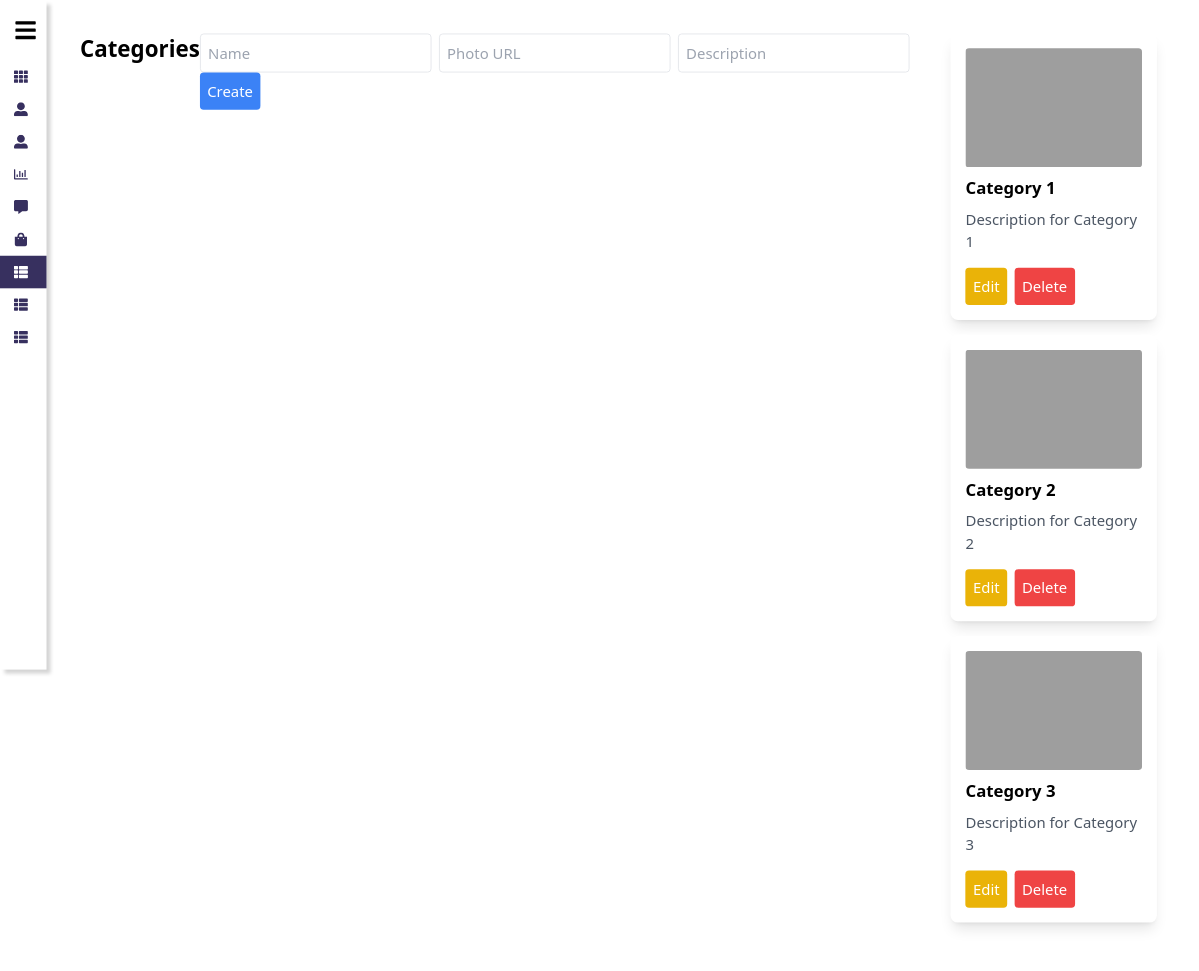
Repository: AndargWorku12/admin-dashboard
Page: /category
An editor plug-in stored every save of this project. The page is shown before and after the next save, followed by the edit.
The browser window is 1280 px wide. The page is 1280 px wide, then 1289 px, so the pictures cover 1289 px, including what lies to the right of the window. The pictures show the whole page, at 93% of full size.
Pictures or frames that could not be fetched are drawn as grey boxes. The project was rebuilt for these pictures with package versions that can differ from the ones it lists, and the page was loaded fresh each time. Also part of the build but not shown: src/styles/analytics.css, src/pages/Analytics.tsx, src/pages/Dashboard.tsx, src/styles/orders.css, src/pages/OrderTable.tsx, src/pages/OrderModal.tsx, src/pages/Orders.tsx, src/styles/login.css and 10 more.

Above is the page before, as saved 2024-02-03 00:38:09.

### src/index.tsx
import { ColorModeScript } from "@chakra-ui/react"
import * as React from "react"
import * as ReactDOM from "react-dom/client"
import App from "./App"
import './index.css'

const container = document.getElementById("root")
if (!container) throw new Error('Failed to find the root element');
const root = ReactDOM.createRoot(container)

root.render(

  <React.StrictMode>
    <ColorModeScript />
    <App />
  </React.StrictMode>,

)

### src/App.tsx

import React, {useState} from 'react';
import { BrowserRouter, Route, Routes } from 'react-router-dom';
import Sidebar from './components/Sidebar';
import Dashboard from './pages/Dashboard';
// import SignUpForm from './pages/LoginPopup'
import Orders from './pages/Orders';
import Category from './pages/CategoryPage';
import Login from './pages/Login'
import Analytics from './pages/Analytics';
import CustemerReview from './pages/CustemerReview';
import ProductList from './pages/ProductList';
import ShopCard from './pages/ShopCard';
import './App.css'
import SignUpForm from './pages/SignUpForm';
import ForgotPassword from './pages/ForgetPassword';
// import AnalyticsPage from './pages/Analytics';



type SaleData = {
  date: string;
  amount: number;
};

type RevenueData = {
  month: string;
  revenue: number;
};

type Product = {
    id: string;
    photo: string;
    name: string;
    price: number;
    category: string;
};

type Order = {
    id: string;
    productName: string;
    quantity: number;
    totalPrice: number;

};

type CategoryType = {
  id: string;
  photo:string;
  name: string;
};



// Sample props for components
type DashboardProps = {
  saleData: SaleData[];
  revenueData: RevenueData[];
  // ... other props
};

type AnalyticsProps = {
  salesData: SaleData[];
  // ... other props
};

type ProductProps = {
  products: Product[];
  onUpdate: (productId: string, updatedProduct: Product) => void;

};




type OrderProps = {
  orders: Order[];
  // ... other props
};

type CategoryProps = {
  categories: CategoryType[];
  // ... other props
};







const App: React.FC = () => {


// for the product page to handle
  const [products, setProducts] = useState<Product[]>([


    {
      id: '1',
      photo: 'https://img.ltwebstatic.com/images3_pi/2022/01/10/16417919016a32607182dd11dedeb77e8324b683e8_thumbnail_900x.webp',
      name: 'Product 1',
      price: 29.99,
      category: 'Electronics',
    },
    {
      id: '2',
      photo: 'https://img.ltwebstatic.com/images3_pi/2022/01/10/16417919016a32607182dd11dedeb77e8324b683e8_thumbnail_900x.webp',
      name: 'Product 2',
      price: 49.99,
      category: 'Clothing',
    },
    {
      id: '3',
      photo: 'https://img.ltwebstatic.com/images3_pi/2022/01/10/16417919016a32607182dd11dedeb77e8324b683e8_thumbnail_900x.webp',
      name: 'Product 3',
      price: 9.99,
      category: 'Books',
    },
    {
      id: '4',
      photo: 'https://img.ltwebstatic.com/images3_pi/2022/01/10/16417919016a32607182dd11dedeb77e8324b683e8_thumbnail_900x.webp',
      name: 'Product 4',
      price: 79.99,
      category: 'Home and Kitchen',
    },
    {
      id: '5',
      photo: 'https://img.ltwebstatic.com/images3_pi/2022/01/10/16417919016a32607182dd11dedeb77e8324b683e8_thumbnail_900x.webp',
      name: 'Product 5',
      price: 39.99,
      category: 'Toys',
    },



  ]);

  // Function to handle creating a new product
  const handleCreate = (newProduct: Product) => {
    setProducts((prevProducts) => [...prevProducts, newProduct]);
  };

  // Function to handle updating a product

  const handleUpdate = (productId: string, newName: string, newPrice: number) => {
    setProducts((prevProducts) =>
      prevProducts.map((product) =>
        product.id === productId
          ? { ...product, name: newName, price: newPrice }
          : product
      )
    );
  };



  // Function to handle deleting a product
  const handleDelete = (productId: string) => {
    setProducts((prevProducts) => prevProducts.filter((product) => product.id !== productId));
  };

//  for AnalyticsPage
// for category page


const [categories, setCategories] = useState<CategoryType[]>([
  {
    id: '1',
    photo: 'https://plus.unsplash.com/premium_photo-1661662850226-83c981ed4eba?w=500&auto=format&fit=crop&q=60&ixlib=rb-4.0.3&ixid=M3wxMjA3fDB8MHxzZWFyY2h8MXx8bGFwdG9wJTIwY29tcHV0ZXJ8ZW58MHx8MHx8fDA%3D',
    name: 'Category 1',
  },
  {
    id: '2',
    photo: 'https://plus.unsplash.com/premium_photo-1661662850226-83c981ed4eba?w=500&auto=format&fit=crop&q=60&ixlib=rb-4.0.3&ixid=M3wxMjA3fDB8MHxzZWFyY2h8MXx8bGFwdG9wJTIwY29tcHV0ZXJ8ZW58MHx8MHx8fDA%3D',
    name: 'Category 2',
  },
  {
    id: '3',
    photo: 'https://plus.unsplash.com/premium_photo-1661662850226-83c981ed4eba?w=500&auto=format&fit=crop&q=60&ixlib=rb-4.0.3&ixid=M3wxMjA3fDB8MHxzZWFyY2h8MXx8bGFwdG9wJTIwY29tcHV0ZXJ8ZW58MHx8MHx8fDA%3D',
    name: 'Category 3',
  },
  {
    id: '4',
    photo: 'https://plus.unsplash.com/premium_photo-1661662850226-83c981ed4eba?w=500&auto=format&fit=crop&q=60&ixlib=rb-4.0.3&ixid=M3wxMjA3fDB8MHxzZWFyY2h8MXx8bGFwdG9wJTIwY29tcHV0ZXJ8ZW58MHx8MHx8fDA%3D',
    name: 'Category 4',
  },

]);

// Function to handle creating a new category
// const handleCreateCategory = (newCategory: CategoryType) => {
//   setCategories((prevCategories) => [...prevCategories, newCategory]);
// };
const handleCreateCategory = (newCategory: CategoryType) => {
  // Add the new category to the list of categories
  setCategories((prevCategories) => [...prevCategories, newCategory]);
};

const handleUpdateCategory = (categoryId: string, newName: string) => {
  setCategories((prevCategories) =>
    prevCategories.map((category) =>
      category.id === categoryId ? { ...category, name: newName } : category
    )
  );
};

// Function to handle deleting a category
const handleDeleteCategory = (categoryId: string) => {
  setCategories((prevCategories) => prevCategories.filter((category) => category.id !== categoryId));
};

  const saleData: SaleData[] = [
    { date: '2022-01-01', amount: 100 },
    { date: '2022-01-02', amount: 150 },
    { date: '2022-01-03', amount: 200 },
    { date: '2022-01-04', amount: 120 },
    { date: '2022-01-05', amount: 180 },
    { date: '2022-01-06', amount: 90 },
    { date: '2022-01-07', amount: 110 },
    { date: '2022-01-08', amount: 130 },
    { date: '2022-01-09', amount: 170 },
    { date: '2022-01-10', amount: 160 },
  ];

  const revenueData: RevenueData[] = [
    { month: 'January', revenue: 500 },
    { month: 'February', revenue: 700 },
    { month: 'March', revenue: 600 },
    { month: 'April', revenue: 800 },
    { month: 'May', revenue: 900 },
    { month: 'June', revenue: 750 },
    { month: 'July', revenue: 850 },
    { month: 'August', revenue: 950 },
    { month: 'September', revenue: 700 },
    { month: 'October', revenue: 850 },
  ];


   const [orders, setOrders] = useState<Order[]>([
    {
      id: '1',
      productName: 'Laptop',
      quantity: 2,
      totalPrice: 2000,
    },
    {
      id: '2',
      productName: 'Smartphone',
      quantity: 3,
      totalPrice: 1200,
    },
    {
      id: '3',
      productName: 'Headphones',
      quantity: 1,
      totalPrice: 100,
    },
    {
      id: '4',
      productName: 'Camera',
      quantity: 1,
      totalPrice: 800,
    },

   ]);

  // Function to create a new order
  const handleCreateOrder = (newOrder: Order) => {
    setOrders((prevOrders) => [...prevOrders, newOrder]);
  };

  // Function to delete an order
  const handleDeleteOrder = (orderId: string) => {
    const updatedOrders = orders.filter(order => order.id !== orderId);
    setOrders(updatedOrders);
  };

  // Function to update an order
  const handleUpdateOrder = (orderId: string, updatedOrder: Order) => {
    // Placeholder implementation: Updating the order in the list
    setOrders((prevOrders) =>
      prevOrders.map((order) =>
        order.id === orderId ? { ...order, ...updatedOrder } : order
      )
    );
  };

  return (
    <div>
    <BrowserRouter>
    <Sidebar>
      <Routes>
        <Route path="/" element={<Dashboard saleData={saleData} revenueData={revenueData}  />} />
        <Route path="/dashboard" element={<Dashboard saleData={saleData} revenueData={revenueData}  />} />
       <Route path="/login" element={<Login/>}/>
       <Route path='/forget-password' element={<ForgotPassword/>}/>
        <Route path="/signup" element={<SignUpForm />} />
        <Route path="/review"element={<CustemerReview username="John" joinedDate="2022-01-01" reviewDate="2022-01-15" reviewText="Lorem ipsum" />}
/>

        <Route path="/analytics" element={<Analytics  />} />
        <Route
  path="/product"
  element={<ProductList />}
/>
        <Route path="/shop" element={<ShopCard />} />
        <Route
        path="/orders"
        element={
          <Orders
/>
        }
      />

        <Route
            path="/category"
            element={<Category />}
          />

      </Routes>
    </Sidebar>
  </BrowserRouter>
  </div>
  );
};

export default App;

### src/components/Sidebar.tsx
import React, { useState } from 'react';
import ReactNode from "react";
import {
    FaTh,
    FaBars,
    FaUserAlt,
    FaRegChartBar,
    FaCommentAlt,
    FaShoppingBag,
    FaThList
} from 'react-icons/fa';
import { NavLink, NavLinkProps } from 'react-router-dom';



interface MenuItem {
    path: string;
    name: string;
    icon: JSX.Element;
}

interface SidebarProps {
  children: React.ReactNode;
}
    const Sidebar: React.FC<React.PropsWithChildren<{}>> = ({ children }) => {
    const [isOpen, setIsOpen] = useState(false);

    const toggle = () => setIsOpen(!isOpen);

    const menuItems: MenuItem[] = [
        {
            path: '/',
            name: 'Dashboard',
            icon: <FaTh />,
        },
        {
            path: '/login',
            name: 'Login',
            icon: <FaUserAlt />,
        },
        {
          path: '/signup',
          name: 'Register form',
          icon: <FaUserAlt />,
      },
        {
            path: '/analytics',
            name: 'Analytics',
            icon: <FaRegChartBar />,
        },
        {
            path: '/review',
            name: 'CustemerReview',
            icon: <FaCommentAlt />,
        },
        {
            path: '/product',
            name: 'Product',
            icon: <FaShoppingBag />,
        },
        {
            path: '/category',
            name: 'Category List',
            icon: <FaThList />,
        },
        {
          path: '/orders',
          name: 'Orders',
          icon: <FaThList />,
      },
      {
        path: '/shop',
        name: 'Sample product',
        icon: <FaThList />,
    },
    ];

    return (
        <div className="container">
            <div style={{ width: isOpen ? '200px' : '50px' }} className="sidebar">
                <div className="top_section">
                    <h1 style={{ display: isOpen ? 'block' : 'none' }} className="logo">
                        Logo
                    </h1>
                    <div style={{ marginLeft: isOpen ? '50px' : '0px' }} className="bars">
                        <FaBars onClick={toggle} />
                    </div>
                </div>
                {menuItems.map((item, index) => (
                    <NavLink to={item.path} key={index} className="link"
                    //  activeClassName="active"
                     >
                        <div className="icon">{item.icon}</div>
                        <div style={{ display: isOpen ? 'block' : 'none' }} className="link_text text-sm">
                            {item.name}
                        </div>
                    </NavLink>
                ))}
            </div>
            <main>{children}</main>
        </div>
    );
};

export default Sidebar;

### src/pages/CategoryPage.tsx
// CategoryPage.tsx

import React, { useState, useEffect } from 'react';

interface Category {
  id: number;
  name: string;
  photo: string;
  description: string;
}

const CategoryPage: React.FC = () => {
  const [categories, setCategories] = useState<Category[]>([]);
  const [newCategory, setNewCategory] = useState<Category>({ id: 0, name: '', photo: '', description: '' });
  const [editingCategory, setEditingCategory] = useState<Category | null>(null);

  // Fetch categories on component mount
  useEffect(() => {
    fetchCategories();
  }, []);

  const fetchCategories = async () => {
    // Replace with your actual API call to fetch categories
    setTimeout(() => {
      const fetchedCategories: Category[] = [
        { id: 1, name: 'Category 1', photo: 'https://example.com/photo1.jpg', description: 'Description for Category 1' },
        { id: 2, name: 'Category 2', photo: 'https://example.com/photo2.jpg', description: 'Description for Category 2' },
        { id: 3, name: 'Category 3', photo: 'https://example.com/photo3.jpg', description: 'Description for Category 3' },
      ];
      setCategories(fetchedCategories);
    }, 500); // Simulating a delay for asynchronous API call
  };

  const createCategory = async () => {
    // Replace with your actual API call to create a category
    setTimeout(() => {
      console.log('Creating category:', newCategory);
      setNewCategory({ id: 0, name: '', photo: '', description: '' });
      fetchCategories(); // Refresh the list after creating a new category
    }, 500); // Simulating a delay for asynchronous API call
  };

  const updateCategory = async (updatedCategory: Category) => {
    // Replace with your actual API call to update a category
    setTimeout(() => {
      console.log('Updating category:', updatedCategory);
      setEditingCategory(null);
      fetchCategories(); // Refresh the list after updating a category
    }, 500); // Simulating a delay for asynchronous API call
  };

  const deleteCategory = async (categoryId: number) => {
    // Replace with your actual API call to delete a category
    setTimeout(() => {
      console.log('Deleting category with ID:', categoryId);
      fetchCategories(); // Refresh the list after deleting a category
    }, 500); // Simulating a delay for asynchronous API call
  };

  return (
    <div className="container mx-auto p-4">
      <h1 className="text-2xl font-bold mb-4">Categories</h1>

      {/* Create Category */}
      <div className="mb-4">
        <input
          type="text"
          placeholder="Name"
          value={newCategory.name}
          onChange={(e) => setNewCategory({ ...newCategory, name: e.target.value })}
          className="p-2 mr-2 border rounded"
        />
        <input
          type="text"
          placeholder="Photo URL"
          value={newCategory.photo}
          onChange={(e) => setNewCategory({ ...newCategory, photo: e.target.value })}
          className="p-2 mr-2 border rounded"
        />
        <input
          type="text"
          placeholder="Description"
          value={newCategory.description}
          onChange={(e) => setNewCategory({ ...newCategory, description: e.target.value })}
          className="p-2 mr-2 border rounded"
        />
        <button onClick={createCategory} className="bg-blue-500 text-white p-2 rounded">Create</button>
      </div>

      {/* Display Categories */}
      <div className="grid grid-cols-1">
        {categories.map((category) => (
          <div key={category.id} className="bg-white p-4 rounded-lg shadow-lg mb-4">
            <img src={category.photo} alt={category.name} className="mb-2 w-full h-32 object-cover rounded" />
            <h2 className="text-lg font-bold mb-2">{category.name}</h2>
            <p className="text-gray-600">{category.description}</p>
            <div className="mt-4 flex space-x-2">
              <button onClick={() => setEditingCategory(category)} className="bg-yellow-500 text-white p-2 rounded">Edit</button>
              <button onClick={() => deleteCategory(category.id)} className="bg-red-500 text-white p-2 rounded">Delete</button>
            </div>
          </div>
        ))}
      </div>

      {/* Edit Category Modal */}
      {editingCategory && (
        <div className="fixed inset-0 bg-black bg-opacity-50 flex items-center justify-center">
          <div className="bg-white p-8 rounded-lg">
            <h2 className="text-2xl font-bold mb-4">Edit Category</h2>
            <input
              type="text"
              placeholder="Name"
              value={editingCategory.name}
              onChange={(e) => setEditingCategory({ ...editingCategory, name: e.target.value })}
              className="p-2 mb-2 border rounded"
            />
            <input
              type="text"
              placeholder="Photo URL"
              value={editingCategory.photo}
              onChange={(e) => setEditingCategory({ ...editingCategory, photo: e.target.value })}
              className="p-2 mb-2 border rounded"
            />
            <input
              type="text"
              placeholder="Description"
              value={editingCategory.description}
              onChange={(e) => setEditingCategory({ ...editingCategory, description: e.target.value })}
              className="p-2 mb-2 border rounded"
            />
            <div className="flex justify-end">
              <button onClick={() => updateCategory(editingCategory)} className="bg-blue-500 text-white p-2 rounded">Save</button>
              <button onClick={() => setEditingCategory(null)} className="ml-2 bg-gray-400 text-white p-2 rounded">Cancel</button>
            </div>
          </div>
        </div>
      )}
    </div>
  );
};

export default CategoryPage;

### src/App.css
* {
    margin: 0;
    padding: 0;
    text-decoration: none;
    /* background: #fff; */
    /* color: #fff; */
    /* background: #0e1630 */
    /* background-color: #0e1630; */
}

.container {
    display: flex;
}

main {
    width: 100%;
    padding: 20px;
}

.sidebar {
    background: #fff;
    /* background: #0e1630; */
    box-shadow: 5px 5px 4px rgb(212, 212, 212);
    color: #000;
    height: 100vh;
    width: 200px;
    transition: all 0.5s;
}

.top_section {
    display: flex;
    align-items: center;
    padding: 20px 15px;
}

.logo {
    font-size: 30px;
}

.bars {
    display: flex;
    font-size: 25px;
    margin-left: 50px;
}

.link {
    display: flex;
    color: #37305F;
    padding: 10px 15px;
    gap: 15px;
    transition: all 0.5s;
}

.link:hover {
    background: #37305F;
    color: #fff;
    transition: all 0.5s;
}

.active {
    background: #37305F;
    color: #fff;
}

.icon,
.link_text {
    font-size: 15px;
}

Loaded but not shown: public/index.html (common file); src/index.css (common file); tailwind.config.js (common file)

After the next save:
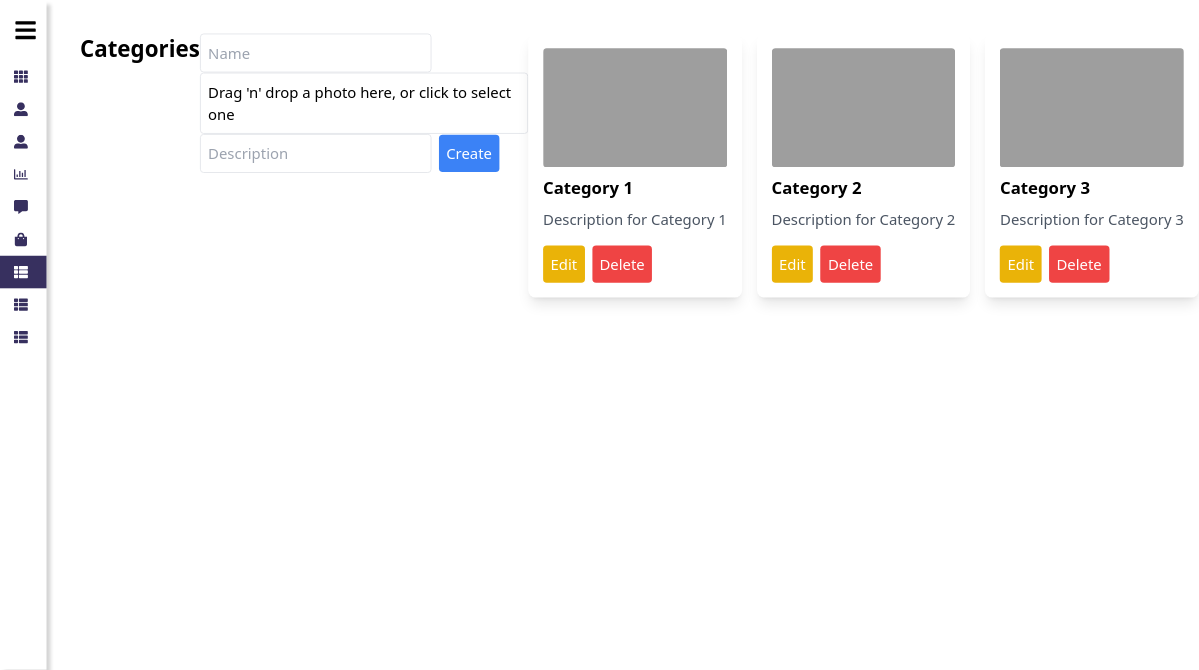
Saved 4 min 26 s later.
--- a/src/pages/CategoryPage.tsx
+++ b/src/pages/CategoryPage.tsx
@@ -1,11 +1,12 @@
 // CategoryPage.tsx
 
 import React, { useState, useEffect } from 'react';
+import { useDropzone } from 'react-dropzone';
 
 interface Category {
   id: number;
   name: string;
-  photo: string;
+  photo: string | File;
   description: string;
 }
 
@@ -57,6 +58,12 @@ const CategoryPage: React.FC = () => {
     }, 500); // Simulating a delay for asynchronous API call
   };
 
+  const onDrop = (acceptedFiles: File[]) => {
+    setNewCategory({ ...newCategory, photo: acceptedFiles[0] });
+  };
+
+  const { getRootProps, getInputProps, isDragActive } = useDropzone({ onDrop });
+
   return (
     <div className="container mx-auto p-4">
       <h1 className="text-2xl font-bold mb-4">Categories</h1>
@@ -70,13 +77,14 @@ const CategoryPage: React.FC = () => {
           onChange={(e) => setNewCategory({ ...newCategory, name: e.target.value })}
           className="p-2 mr-2 border rounded"
         />
-        <input
-          type="text"
-          placeholder="Photo URL"
-          value={newCategory.photo}
-          onChange={(e) => setNewCategory({ ...newCategory, photo: e.target.value })}
-          className="p-2 mr-2 border rounded"
-        />
+        <div {...getRootProps()} className={`p-2 border rounded ${isDragActive ? 'bg-gray-200' : ''}`}>
+          <input {...getInputProps()} />
+          {newCategory.photo instanceof File ? (
+            <p>Photo uploaded: {newCategory.photo.name}</p>
+          ) : (
+            <p>Drag 'n' drop a photo here, or click to select one</p>
+          )}
+        </div>
         <input
           type="text"
           placeholder="Description"
@@ -88,15 +96,17 @@ const CategoryPage: React.FC = () => {
       </div>
 
       {/* Display Categories */}
-      <div className="grid grid-cols-1">
+      <div className="flex space-x-4">
         {categories.map((category) => (
-          <div key={category.id} className="bg-white p-4 rounded-lg shadow-lg mb-4">
-            <img src={category.photo} alt={category.name} className="mb-2 w-full h-32 object-cover rounded" />
-            <h2 className="text-lg font-bold mb-2">{category.name}</h2>
-            <p className="text-gray-600">{category.description}</p>
-            <div className="mt-4 flex space-x-2">
-              <button onClick={() => setEditingCategory(category)} className="bg-yellow-500 text-white p-2 rounded">Edit</button>
-              <button onClick={() => deleteCategory(category.id)} className="bg-red-500 text-white p-2 rounded">Delete</button>
+          <div key={category.id} className="flex-shrink-0 bg-white p-4 rounded-lg shadow-lg">
+            <img src={category.photo instanceof File ? URL.createObjectURL(category.photo) : category.photo} alt={category.name} className="mb-2 w-full h-32 object-cover rounded" />
+            <div>
+              <h2 className="text-lg font-bold mb-2">{category.name}</h2>
+              <p className="text-gray-600">{category.description}</p>
+              <div className="mt-4 flex space-x-2">
+                <button onClick={() => setEditingCategory(category)} className="bg-yellow-500 text-white p-2 rounded">Edit</button>
+                <button onClick={() => deleteCategory(category.id)} className="bg-red-500 text-white p-2 rounded">Delete</button>
+              </div>
             </div>
           </div>
         ))}
@@ -114,13 +124,14 @@ const CategoryPage: React.FC = () => {
               onChange={(e) => setEditingCategory({ ...editingCategory, name: e.target.value })}
               className="p-2 mb-2 border rounded"
             />
-            <input
-              type="text"
-              placeholder="Photo URL"
-              value={editingCategory.photo}
-              onChange={(e) => setEditingCategory({ ...editingCategory, photo: e.target.value })}
-              className="p-2 mb-2 border rounded"
-            />
+            <div {...getRootProps()} className={`p-2 border rounded ${isDragActive ? 'bg-gray-200' : ''}`}>
+              <input {...getInputProps()} />
+              {editingCategory.photo instanceof File ? (
+                <p>Photo uploaded: {editingCategory.photo.name}</p>
+              ) : (
+                <p>Drag 'n' drop a photo here, or click to select one</p>
+              )}
+            </div>
             <input
               type="text"
               placeholder="Description"
